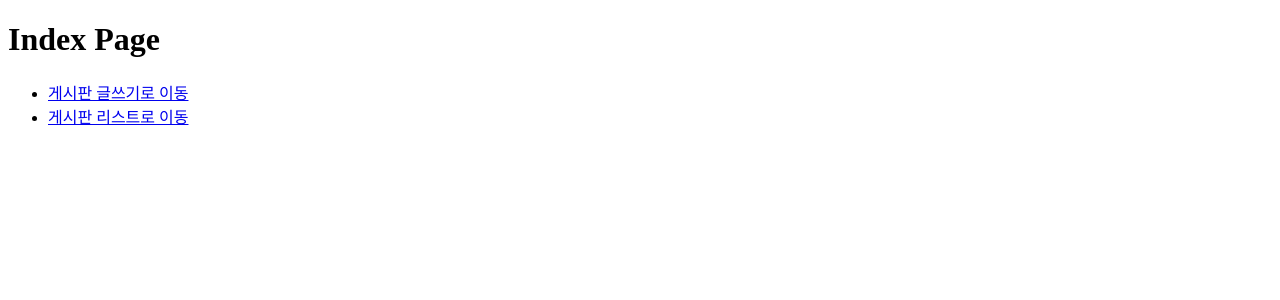
Repository: Leesunghoon1/brd_mem
Page: http://localhost/jps_BoardMember/
An editor plug-in stored every save of this project. The page is shown before and after the next save, followed by the edit.
The browser window is 1280 px wide. The pictures show the whole page.
The page is served by Tomcat 9. Other server files are loaded and not shown.

Above is the page before, as saved 2023-09-07 09:00:31.

### jps_BoardMember/src/main/webapp/index.jsp
<%@ page language="java" contentType="text/html; charset=UTF-8"
    pageEncoding="UTF-8"%>
<!DOCTYPE html>
<html>
<head>
<meta charset="UTF-8">
<title>Insert title here</title>
</head>
<body>
<h1>Index Page</h1>
<ul>
	<li>
	<a href="/board/register.jsp">게시판 글쓰기로 이동</a>
	</li>
	<li>
	<a href="/brd/list">게시판 리스트로 이동</a>
	</li>
</ul>
</body>
</table>
</html>

After the next save:
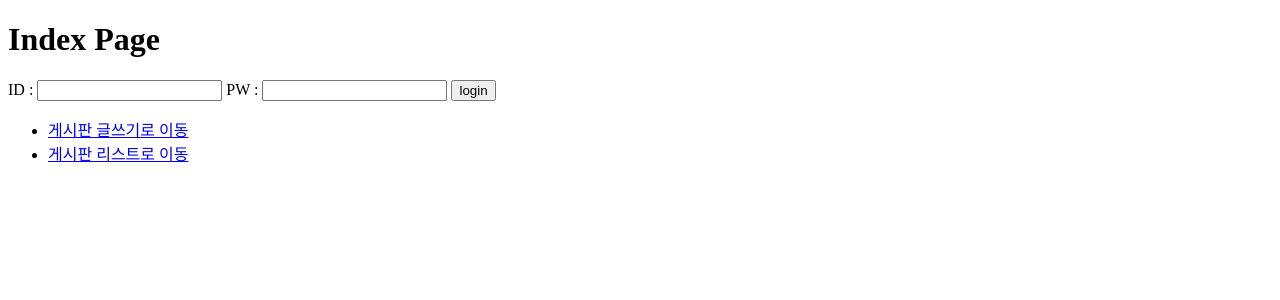
Saved 22 h 49 min later.
--- a/jps_BoardMember/src/main/webapp/index.jsp
+++ b/jps_BoardMember/src/main/webapp/index.jsp
@@ -8,6 +8,13 @@
 </head>
 <body>
 <h1>Index Page</h1>
+
+<form action = "">
+	ID : <input type="text" name="id">
+	PW : <input type="text" name="pwd">
+	<button type="submit">login</button>
+</form>
+
 <ul>
 	<li>
 	<a href="/board/register.jsp">게시판 글쓰기로 이동</a>
